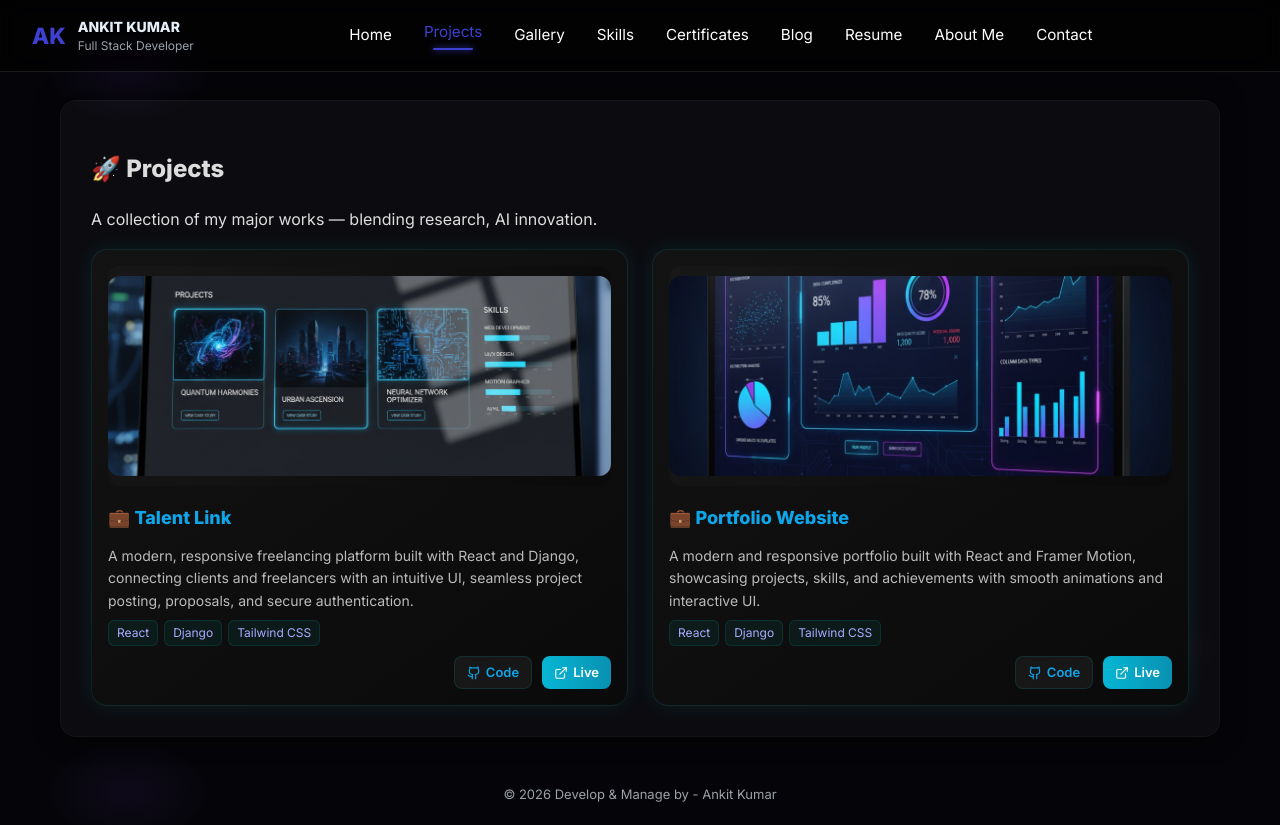
Repository: santoshkrsah/Ankit-Profile
Page: /projects
These files come from the project's save history. The page is drawn as it stood at one moment and after the next save; the edit follows.
The browser window is 1280 px wide. The pictures show the whole page.
The project was rebuilt for these pictures with package versions that can differ from the ones it lists, and the page was loaded fresh each time. Some packages were replaced by stand-ins written for this rebuild. Also part of the build but not shown: vite.config.mjs, src/CSS/Home.css, src/pages/Home.jsx, src/CSS/Gallery.css, src/pages/Gallery.jsx, src/pages/Certificates.jsx, src/pages/blog.css, src/pages/Blog.jsx and 6 more.

Above is the page before, as saved 2026-05-22 03:00:30.

### index.html
<!doctype html>
<html lang="en">
<head>
  <meta charset="utf-8" />
  <meta name="viewport" content="width=device-width, initial-scale=1.0" />
  <title>Ankit Kr — Portfolio</title>
   <link rel="icon" type="image/png" href="/site_icon.png">
  <link rel="apple-touch-icon" href="/site_icon.png">
  <link rel="icon" type="image/png" sizes="32x32" href="/site_icon.png">
  <link rel="icon" type="image/png" sizes="16x16" href="/site_icon.png">
  <link rel="preconnect" href="https://fonts.googleapis.com">
  <link rel="preconnect" href="https://fonts.gstatic.com" crossorigin>
  <link href="https://fonts.googleapis.com/css2?family=Inter:wght@300;400;600;800&display=swap" rel="stylesheet">
</head>
<body>
  <div id="root"></div>
  <script type="module" src="/src/main.jsx"></script>
</body>
</html>

### src/main.jsx
import React from 'react'
import { createRoot } from 'react-dom/client'
import { BrowserRouter } from 'react-router-dom'
import App from './App'
import './index.css'

createRoot(document.getElementById('root')).render(
  <BrowserRouter>
    <App />
  </BrowserRouter>
)

### src/App.jsx
import React from 'react'
import { Routes, Route } from 'react-router-dom'
import Navbar from './components/Navbar'
import Home from './pages/Home'
import Projects from './pages/Projects'
import Gallery from './pages/Gallery'
import Certificates from './pages/Certificates'
import Blog from './pages/Blog'
import Resume from './pages/Resume'
import About from './pages/About'
import Contact from './pages/Contact'
import NotFound from './pages/NotFound'
import SkillNetwork from './pages/Skills'

export default function App() {
  return (
    <div className="app">
      <Navbar />
      <main style={{ flex: 1 }}>
        <Routes>
          <Route path="/" element={<Home />} />
          <Route path="/projects" element={<Projects />} />
          <Route path="/gallery" element={<Gallery />} />
          <Route path="/skills" element={<SkillNetwork />} />
          <Route path="/certificates" element={<Certificates />} />
          <Route path="/blog" element={<Blog />} />
          <Route path="/resume" element={<Resume />} />
          <Route path="/about" element={<About />} /> {/* ✅ fixed lowercase */}
          <Route path="/contact" element={<Contact />} />
          <Route path="*" element={<NotFound />} />
        </Routes>
      </main>
      <footer className="footer">
        © {new Date().getFullYear()} Develop & Manage by - Ankit Kumar
      </footer>
    </div>
  )
}

### src/components/Navbar.jsx
import React, { useState, useEffect, useRef } from "react";
import { NavLink } from "react-router-dom";
import { motion, AnimatePresence } from "framer-motion";

const links = [
  { label: "Home", to: "/" },
  { label: "Projects", to: "/projects" },
  { label: "Gallery", to: "/gallery" },
  { label: "Skills", to: "/skills" },
  { label: "Certificates", to: "/certificates" },
  { label: "Blog", to: "/blog" },
  { label: "Resume", to: "/resume" },
  { label: "About Me", to: "/about" },
  { label: "Contact", to: "/contact" },
];

export default function Navbar() {
  const [isOpen, setIsOpen] = useState(false);
  const [showButton, setShowButton] = useState(false);
  const navRef = useRef(null);
  const linksRef = useRef(null);

  // Check if links overflow nav width (to show hamburger)
  const checkOverflow = () => {
    if (!navRef.current || !linksRef.current) return;
    setShowButton(linksRef.current.scrollWidth > navRef.current.offsetWidth);
  };

  useEffect(() => {
    checkOverflow();
    window.addEventListener("resize", checkOverflow);
    return () => window.removeEventListener("resize", checkOverflow);
  }, []);

  return (
    <>
      {/* --- Navbar --- */}
      <nav
        ref={navRef}
        style={{
          position: "sticky",
          top: 0,
          zIndex: 100,
          display: "flex",
          justifyContent: "space-between",
          alignItems: "center",
          padding: "1rem 2rem",
          borderBottom: "1px solid rgba(255,255,255,0.1)",
          background: "rgba(0,0,0,0.6)",
          backdropFilter: "blur(10px)",
          fontFamily: "inherit",
        }}
      >
        {/* Logo */}
        <div style={{ display: "flex", alignItems: "center", gap: 12 }}>
          <motion.div
            className="logo"
            initial={{ scale: 0 }}
            animate={{ scale: 1 }}
            transition={{ type: "spring", stiffness: 200 }}
            style={{
              fontWeight: "bold",
              fontSize: "1.4rem",
              color: "var(--accent)",
            }}
          >
            AK
          </motion.div>
          <div style={{ display: "flex", flexDirection: "column" }}>
            <h1 style={{ margin: 0, fontSize: 14 }}>ANKIT KUMAR</h1>
            <div style={{ fontSize: 12, color: "var(--muted)" }}>
              Full Stack Developer
            </div>
          </div>
        </div>

        {/* Desktop links */}
        <div
          ref={linksRef}
          style={{
            display: showButton ? "none" : "flex",
            justifyContent: "center",
            gap: "2rem",
            alignItems: "center",
            flexGrow: 1,
          }}
        >
          {links.map((l) => (
            <NavLink
              key={l.to}
              to={l.to}
              end
              style={{
                position: "relative",
                fontSize: "0.95rem",
                textDecoration: "none",
                color: "white",
                fontWeight: 500,
              }}
            >
              {({ isActive }) => (
                <motion.div
                  whileHover={{
                    scale: 1.1,
                    color: "var(--accent)",
                    textShadow: "0 0 8px var(--accent)",
                  }}
                  transition={{ duration: 0.3 }}
                  style={{
                    display: "flex",
                    flexDirection: "column",
                    alignItems: "center",
                  }}
                >
                  <motion.span
                    animate={{ color: isActive ? "var(--accent)" : "white" }}
                    transition={{ duration: 0.3 }}
                  >
                    {l.label}
                  </motion.span>
                  {isActive && (
                    <motion.div
                      layoutId="underline"
                      initial={{ opacity: 0, y: 5 }}
                      animate={{ opacity: 1, y: 0 }}
                      transition={{ duration: 0.3 }}
                      style={{
                        width: "70%",
                        height: "2px",
                        marginTop: "4px",
                        borderRadius: "1px",
                        backgroundColor: "var(--accent)",
                        boxShadow: "0 0 6px var(--accent)",
                      }}
                    />
                  )}
                </motion.div>
              )}
            </NavLink>
          ))}
        </div>

        {/* Hamburger */}
        {showButton && (
          <div className="mobile-btn">
            <button
              style={{
                background: "none",
                border: "none",
                color: "#fff",
                fontSize: "1.8rem",
                cursor: "pointer",
                zIndex: 10000,
              }}
              onClick={() => setIsOpen(!isOpen)}
            >
              {isOpen ? "✕" : "☰"}
            </button>
          </div>
        )}
      </nav>

      {/* --- Mobile Dropdown Menu --- */}
      <AnimatePresence>
        {isOpen && showButton && (
          <motion.div
            initial={{ opacity: 0, y: -15 }}
            animate={{ opacity: 1, y: 0 }}
            exit={{ opacity: 0, y: -15 }}
            style={{
              position: "fixed",
              top: 0,
              left: 0,
              width: "100%",
              height: "100vh",
              background: "rgba(0,0,0,0.95)",
              backdropFilter: "blur(12px)",
              display: "flex",
              flexDirection: "column",
              alignItems: "center",
              paddingTop: "4rem",
              overflowY: "auto",
              zIndex: 9999,
            }}
          >
            <button
              style={{
                position: "absolute",
                top: "1rem",
                right: "1rem",
                fontSize: "2rem",
                color: "#fff",
                background: "none",
                border: "none",
                cursor: "pointer",
              }}
              onClick={() => setIsOpen(false)}
            >
              ✕
            </button>

            {links.map((l) => (
              <NavLink
                key={l.to}
                to={l.to}
                onClick={() => setIsOpen(false)}
                style={{
                  color: "#fff",
                  textDecoration: "none",
                  padding: "1rem 0",
                  width: "100%",
                  textAlign: "center",
                  fontSize: 16,
                  borderBottom: "1px solid rgba(255,255,255,0.05)",
                }}
              >
                {l.label}
              </NavLink>
            ))}
          </motion.div>
        )}
      </AnimatePresence>
    </>
  );
}

### src/pages/Projects.jsx
import React from 'react'
import { motion } from 'framer-motion'
import { Github, ExternalLink } from 'lucide-react'

const PROJECTS = [
  {title: '💼 Talent Link',
  desc: 'A modern, responsive freelancing platform built with React and Django, connecting clients and freelancers with an intuitive UI, seamless project posting, proposals, and secure authentication.',
  ss: '/portfolio.jpg',
  tech: ['React', 'Django', 'Tailwind CSS'],
  live: 'https://talentlinkinfy.vercel.app/',
  code: 'https://github.com/Kumarankit666/TLIN'
  },
  {
  title: '💼 Portfolio Website',
  desc: 'A modern and responsive portfolio built with React and Framer Motion, showcasing projects, skills, and achievements with smooth animations and interactive UI.',
  ss: '/ProfileX.png',
  tech: ['React', 'Django', 'Tailwind CSS'],
  live: '#',
  code: 'Your project link here'
  },

]

export default function Projects() {
  return (
    <motion.section
      className="container"
      initial={{ opacity: 0, y: 30 }}
      animate={{ opacity: 1, y: 0 }}
      transition={{ duration: 0.6 }}
      id="projects"
    >
      <div className="card" style={{ background: 'rgba(255,255,255,0.03)', borderRadius: 16, padding: 30 }}>
        <motion.h2
          className="text-4xl font-semibold text-cyan-400 mb-2"
          initial={{ opacity: 0 }}
          animate={{ opacity: 1 }}
          transition={{ delay: 0.1 }}
        >
          🚀 Projects
        </motion.h2>
        <p className="text-gray-400 mb-10">
          A collection of my major works — blending research, AI innovation.
        </p>

        <div className="projects-grid" style={{ display: 'grid', gap: 24, gridTemplateColumns: 'repeat(auto-fit, minmax(320px, 1fr))' }}>
          {PROJECTS.map((p, idx) => (
            <motion.div
              key={idx}
              className="project-card"
              initial={{ opacity: 0, y: 20, scale: 0.95 }}
              whileInView={{ opacity: 1, y: 0, scale: 1 }}
              transition={{ duration: 0.4, delay: idx * 0.15 }}
              whileHover={{ scale: 1.03 }}
              viewport={{ once: true }}
              style={{
                background: 'linear-gradient(145deg, rgba(20,20,20,0.9), rgba(10,10,10,0.9))',
                border: '1px solid rgba(0,255,255,0.1)',
                borderRadius: 16,
                padding: 16,
                overflow: 'hidden',
                boxShadow: '0 0 20px rgba(0,255,255,0.08)'
              }}
            >
              <motion.div className="ss" whileHover={{ scale: 1.05 }} style={{ borderRadius: 12, overflow: 'hidden' }}>
                <img
                  src={p.ss}
                  alt={p.title}
                  style={{
                    width: '100%',
                    height: '200px',
                    objectFit: 'cover',
                    borderRadius: 12
                  }}
                />
              </motion.div>

              <div style={{ marginTop: 12 }}>
                <h3 style={{ fontSize: 18, color: '#0ea5e9', marginBottom: 6 }}>{p.title}</h3>
                <p style={{ fontSize: 14, color: '#bbb', marginBottom: 8, lineHeight: 1.6 }}>{p.desc}</p>

                <div style={{ display: 'flex', flexWrap: 'wrap', gap: 6, marginBottom: 10 }}>
                  {p.tech.map((t) => (
                    <span
                      key={t}
                      style={{
                        background: 'rgba(0,255,255,0.05)',
                        border: '1px solid rgba(0,255,255,0.1)',
                        padding: '3px 8px',
                        borderRadius: 6,
                        fontSize: 12,
                        color: '#aaf'
                      }}
                    >
                      {t}
                    </span>
                  ))}
                </div>

                <div style={{ display: 'flex', justifyContent: 'flex-end', gap: 10 }}>
                  <motion.a
                    href={p.code}
                    target="_blank"
                    rel="noreferrer"
                    className="btn"
                    whileHover={{ scale: 1.08 }}
                    style={{
                      display: 'flex',
                      alignItems: 'center',
                      gap: 5,
                      background: 'rgba(255,255,255,0.05)',
                      color: '#0ea5e9',
                      padding: '6px 12px',
                      borderRadius: 8,
                      fontSize: 13,
                      border: '1px solid rgba(0,255,255,0.1)',
                      textDecoration: 'none'
                    }}
                  >
                    <Github size={14} /> Code
                  </motion.a>
                  <motion.a
                    href={p.live}
                    target="_blank"
                    rel="noreferrer"
                    className="btn"
                    whileHover={{ scale: 1.08 }}
                    style={{
                      display: 'flex',
                      alignItems: 'center',
                      gap: 5,
                      background: 'linear-gradient(90deg, #06b6d4, #0891b2)',
                      color: '#fff',
                      padding: '6px 12px',
                      borderRadius: 8,
                      fontSize: 13,
                      textDecoration: 'none'
                    }}
                  >
                    <ExternalLink size={14} /> Live
                  </motion.a>
                </div>
              </div>
            </motion.div>
          ))}
        </div>
      </div>
    </motion.section>
  )
}

### src/CSS/Contact.css
:root {
  --accent: #3e40d1;
  --accent-2: #00ffe16e;
}

.contact-section {
  min-height: 100vh;
  width: 100%;
  display: flex;
  flex-direction: column;
  align-items: center;
  justify-content: flex-start;
  background: radial-gradient(circle at 25% 25%, rgba(116, 2, 255, 0.175), transparent 80%);;
  color: #fff;
  padding: 2rem 1.5rem 4rem;
  text-align: center;
}

.contact-title {
  font-size: 2.6rem;
  margin: 1.5rem 0 0.5rem;
  background: linear-gradient(90deg, var(--accent), var(--accent-2));
  -webkit-background-clip: text;
  color: transparent;
}

.contact-subtitle {
  font-size: 1.1rem;
  color: rgba(255,255,255,0.8);
  max-width: 700px;
  margin-bottom: 2rem;
  line-height: 1.6;
}

.contact-links {
  display: flex;
  flex-wrap: wrap;
  justify-content: center;
  gap: 25px;
  margin-bottom: 2.2rem;
  z-index: 1;
}

.social-link {
  display: inline-block;
}

.social-icon {
  width: 60px;
  height: 60px;
  border-radius: 50%;
  object-fit: cover;
  border: 2px solid var(--accent);
  background: rgba(255,255,255,0.05);
  padding: 8px;
}

.contact-form {
  display: flex;
  flex-direction: column;
  gap: 14px;
  width: 100%;
  max-width: 500px;
}

.contact-form input,
.contact-form textarea {
  padding: 12px;
  border-radius: 8px;
  border: none;
  background: rgba(255,255,255,0.08);
  color: #fff;
  outline: none;
  font-size: 1rem;
  resize: none;
}

.contact-btn {
  padding: 12px;
  background: linear-gradient(90deg, var(--accent), var(--accent-2));
  border: none;
  border-radius: 8px;
  color: #fff;
  font-weight: 600;
  cursor: pointer;
}

.contact-status {
  margin-top: 10px;
  color: #0ff;
  font-weight: 500;
}

Loaded but not shown: src/index.css (360 lines, source omitted)

After the next save:
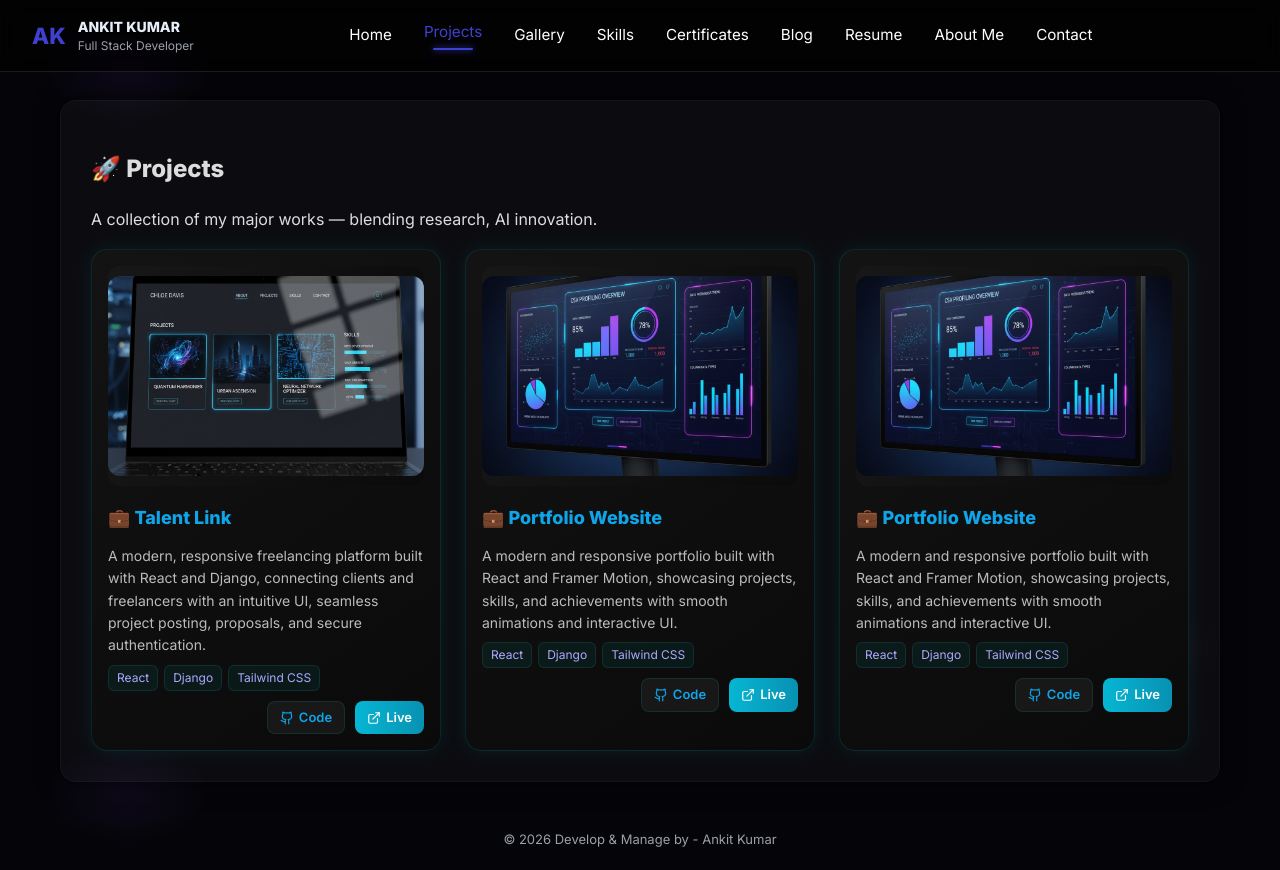
Saved 4 min 10 s later.
--- a/src/pages/Projects.jsx
+++ b/src/pages/Projects.jsx
@@ -9,6 +9,14 @@ const PROJECTS = [
   tech: ['React', 'Django', 'Tailwind CSS'],
   live: 'https://talentlinkinfy.vercel.app/',
   code: 'https://github.com/Kumarankit666/TLIN'
+  },
+  {
+  title: '💼 Portfolio Website',
+  desc: 'A modern and responsive portfolio built with React and Framer Motion, showcasing projects, skills, and achievements with smooth animations and interactive UI.',
+  ss: '/ProfileX.png',
+  tech: ['React', 'Django', 'Tailwind CSS'],
+  live: '#',
+  code: 'Your project link here'
   },
   {
   title: '💼 Portfolio Website',
